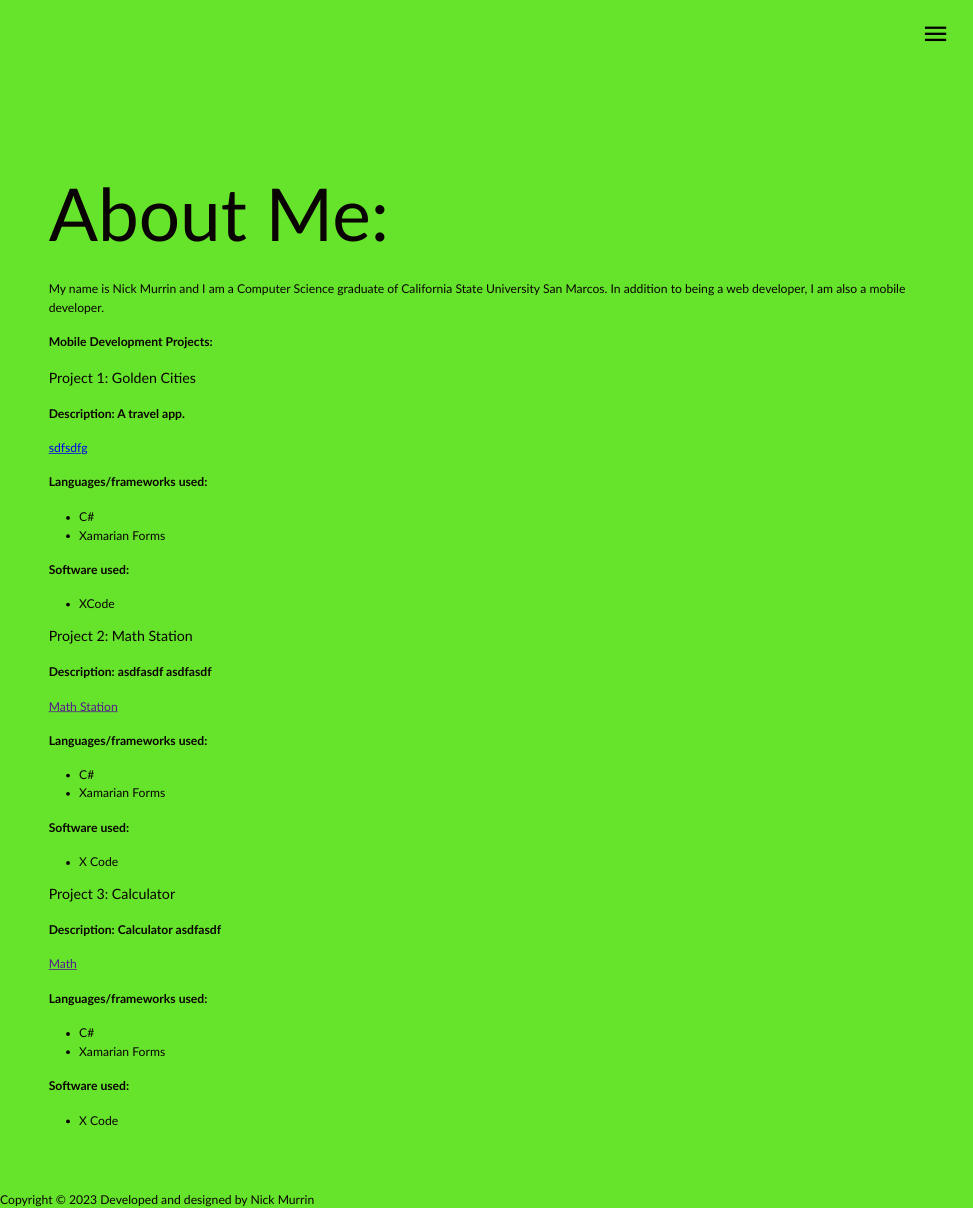
Repository: collegedude9300/modernport
Page: about.html
An editor plug-in stored every save of this project. The page is shown before and after the next save, followed by the edit.
The browser window is 1280 px wide. The pictures show the whole page, at 76% of full size.

Above is the page before, as saved 2023-06-25 21:11:03.

### about.html
<!DOCTYPE html>
<html lang="en">
<head>
  <meta charset="UTF-8">
  <meta name="viewport" content="width=device-width, initial-scale=1.0">
  <meta http-equiv="X-UA-Compatible" content="ie=edge">
  <link rel="stylesheet" href="css/main.css">
  <title>Portfolio</title>
</head>
<body>
<header>
<div class="menu-btn">
<div class="btn-line"></div>
<div class="btn-line"></div>
<div class="btn-line"></div>
</div>

<nav class="menu">
<div class="menu-branding">
<div class="portrait"></div>
</div>

<ul class="menu-nav">
<li class="nav-item">
<a href="index.html" class="nav-link">
Home
</a>
</li>

<li class="nav-item current">
<a href="about.html" class="nav-link">
About Me
</a>
</li>



<li class="nav-item">
<a href="contact.html" class="nav-link">
Contact Me
</a>
</li>
</ul>
</nav>
</header>
<main id="home">

<h1 class="lg-heading">
About Me:
</h1>
    <div class="about-info">
      <div class="bio">
        <p>My name is Nick Murrin and I am a Computer Science graduate of California State University San Marcos.
        In addition to being a web developer, I am also a mobile developer.
        </p>
        <h4>  Mobile Development Projects:</h4>
      </div>
      <div class="project1">
        <h3>Project 1: Golden Cities </h3>
        <h4>Description: A travel app.</h4>
        <a href="https://educationstation.vercel.app/ "/>sdfsdfg </a>
<h4> Languages/frameworks used: </h4>
<ul>
  <li>C#</li>
  <li> Xamarian Forms</li>
</ul>
<h4> Software used: </h4>
<ul>
<li> XCode  </li>
</ul>
      </div>
      <div class="project2">
        <h3>Project 2: Math Station</h3>
        <h4>Description:  asdfasdf asdfasdf </h4>
        <a href=""/> Math Station </a>
<h4> Languages/frameworks used: </h4>
<ul>
  <li>C#</li>
  <li>Xamarian Forms</li>
</ul>
<h4> Software used: </h4>
<ul>
<li> X Code  </li>
</ul>
      </div>
<div class="project3">
        <h3>Project 3: Calculator</h3>
        <h4>Description: Calculator asdfasdf</h4>
        <a href=""/> Math </a>
<h4> Languages/frameworks used: </h4>
<ul>
  <li>C#</li>
  <li>Xamarian Forms</li>
</ul>
<h4> Software used: </h4>
<ul>
<li> X Code  </li>
</ul>
      </div>
</div>
</div>
</main>
  <footer id="main-footer">
  Copyright &copy; 2023
  Developed and designed by Nick Murrin
  </footer>
<script src="js/main.js"> </script>
</body>
</html>

### css/main.css
.menu-btn {
  position: absolute;
  z-index: 3;
  right: 35px;
  top: 35px;
  cursor: pointer;
  transition: all 0.5s ease-out; }
  .menu-btn .btn-line {
    width: 28px;
    height: 3px;
    margin: 0 0 5px 0;
    background: #000;
    transition: all 0.5s ease-out; }
  .menu-btn.close {
    transform: rotate(180deg); }
    .menu-btn.close .btn-line:nth-child(1) {
      transform: rotate(45deg) translate(5px, 5px); }
    .menu-btn.close .btn-line:nth-child(2) {
      opacity: 0; }
    .menu-btn.close .btn-line:nth-child(3) {
      transform: rotate(-45deg) translate(7px, -6px); }

.menu {
  position: fixed;
  top: 0;
  width: 100%;
  opacity: 0.9;
  visibility: hidden; }
  .menu.show {
    visibility: visible; }
  .menu-branding, .menu-nav {
    display: flex;
    flex-flow: column wrap;
    align-items: center;
    justify-content: center;
    float: left;
    width: 50%;
    height: 100vh;
    overflow: hidden; }
  .menu-nav {
    margin: 0;
    padding: 0;
    background: #f6a205;
    list-style: none;
    transform: translate3d(0, -100%, 0);
    transition: all 0.5s ease-out; }
    .menu-nav.show {
      transform: translate3d(0, 0, 0); }
  .menu-branding {
    background: #faac1b;
    transform: translate3d(0, 100%, 0);
    transition: all 0.5s ease-out; }
    .menu-branding.show {
      transform: translate3d(0, 0, 0); }
    .menu-branding .portrait {
      width: 250px;
      height: 250px; }
  .menu .nav-item {
    transform: translate3d(600px, 0, 0);
    transition: all 0.5s ease-out; }
    .menu .nav-item.show {
      transform: translate3d(0, 0, 0); }
  .menu .nav-link {
    display: inline-block;
    position: relative;
    font-size: 30px;
    text-transform: uppercase;
    padding: 1rem 0;
    font-weight: 300;
    color: #000;
    text-decoration: none;
    transition: all 0.5s ease-out; }

.nav-item:nth-child(1) {
  transition-delay: 0.1s; }

.nav-item:nth-child(2) {
  transition-delay: 0.2s; }

.nav-item:nth-child(3) {
  transition-delay: 0.3s; }

.nav-item:nth-child(4) {
  transition-delay: 0.4s; }

@media screen and (min-width: 1171px) {
  .projects {
    grid-template-columns: repeat(4, 1fr); } }

@media screen and (min-width: 769px) and (max-width: 1170px) {
  .projects {
    grid-template-columns: repeat(3, 1fr); } }

@media screen and (max-width: 768px) {
  main {
    align-items: center;
    text-align: center; }
    main .lg-heading {
      line-height: 1;
      margin-bottom: 1rem; }
  ul.menu-nav,
  div.menu-branding {
    float: none;
    width: 100%;
    min-height: 0; }
    ul.menu-nav.show,
    div.menu-branding.show {
      transform: translate3d(0, 0, 0); }
  .menu-nav {
    height: 75vh;
    transform: translate3d(-100%, 0, 0);
    font-size: 24px; }
  .menu-branding {
    height: 25vh;
    transform: translate3d(100%, 0, 0); }
    .menu-branding .portrait {
      width: 150px;
      height: 150px; }
  .about-info {
    grid-template-areas: 'bioimage'
 'bio'
 'job1'
 'job2'
 'job3';
    grid-template-columns: 1fr; }
  .projects {
    grid-template-columns: repeat(2, 1fr); } }

@media screen and (max-width: 500px) {
  main {
    padding: 2rem; }
    main #home h1 {
      margin-top: 10vh; }
    main .lg-heading {
      margin-top: 1rem;
      font-size: 5rem; }
  .projects {
    grid-template-columns: 1fr; } }

* {
  box-sizing: border-box; }

body {
  background: #66e42c;
  color: #0a0303;
  height: 100%;
  margin: 0;
  font-family: 'Trebuchet MS', 'Lucida Sans Unicode', 'Lucida Grande', 'Lucida Sans', Arial, sans-serif;
  line-height: 1.5; }

.transition1 {
  width: 150px;
  height: 150px;
  background: red;
  transition: width 3s; }

.transition2 {
  width: 150px;
  height: 150px;
  background: #12e7ee;
  transition: width 3s; }

.transition3 {
  width: 150px;
  height: 150px;
  background: #e7d918;
  transition: width 3s; }

.transition4 {
  width: 150px;
  height: 150px;
  background: rgba(238, 150, 18, 0.753);
  transition: width 3s; }

.myTitle {
  padding: 50px;
  margin: 20px;
  font-size: 30px;
  font-family: Cambria, Cochin, Georgia, Times, 'Times New Roman', serif;
  color: #1133ca; }

h1, h2, h3 {
  margin: 0;
  font-weight: 400; }

.lg-heading {
  font-size: 6rem; }

header {
  position: relative;
  z-index: 2; }

main {
  padding: 4rem;
  height: 100%; }
  main#home {
    overflow: hidden; }
  main h1 {
    margin-top: 20vh; }

### js/main.js
// Select DOM Items
const menuBtn = document.querySelector('.menu-btn');
const menu = document.querySelector('.menu');
const menuNav = document.querySelector('.menu-nav');
const menuBranding = document.querySelector('.menu-branding');
const navItems = document.querySelectorAll('.nav-item');

// Set Initial State Of Menu
let showMenu = false;

menuBtn.addEventListener('click', toggleMenu);

function toggleMenu() {
  if (!showMenu) {
    menuBtn.classList.add('close');
    menu.classList.add('show');
    menuNav.classList.add('show');
    menuBranding.classList.add('show');
    navItems.forEach(item => item.classList.add('show'));

    // Set Menu State
    showMenu = true;
  } else {
    menuBtn.classList.remove('close');
    menu.classList.remove('show');
    menuNav.classList.remove('show');
    menuBranding.classList.remove('show');
    navItems.forEach(item => item.classList.remove('show'));

    // Set Menu State
    showMenu = false;
  }
}

After the next save:
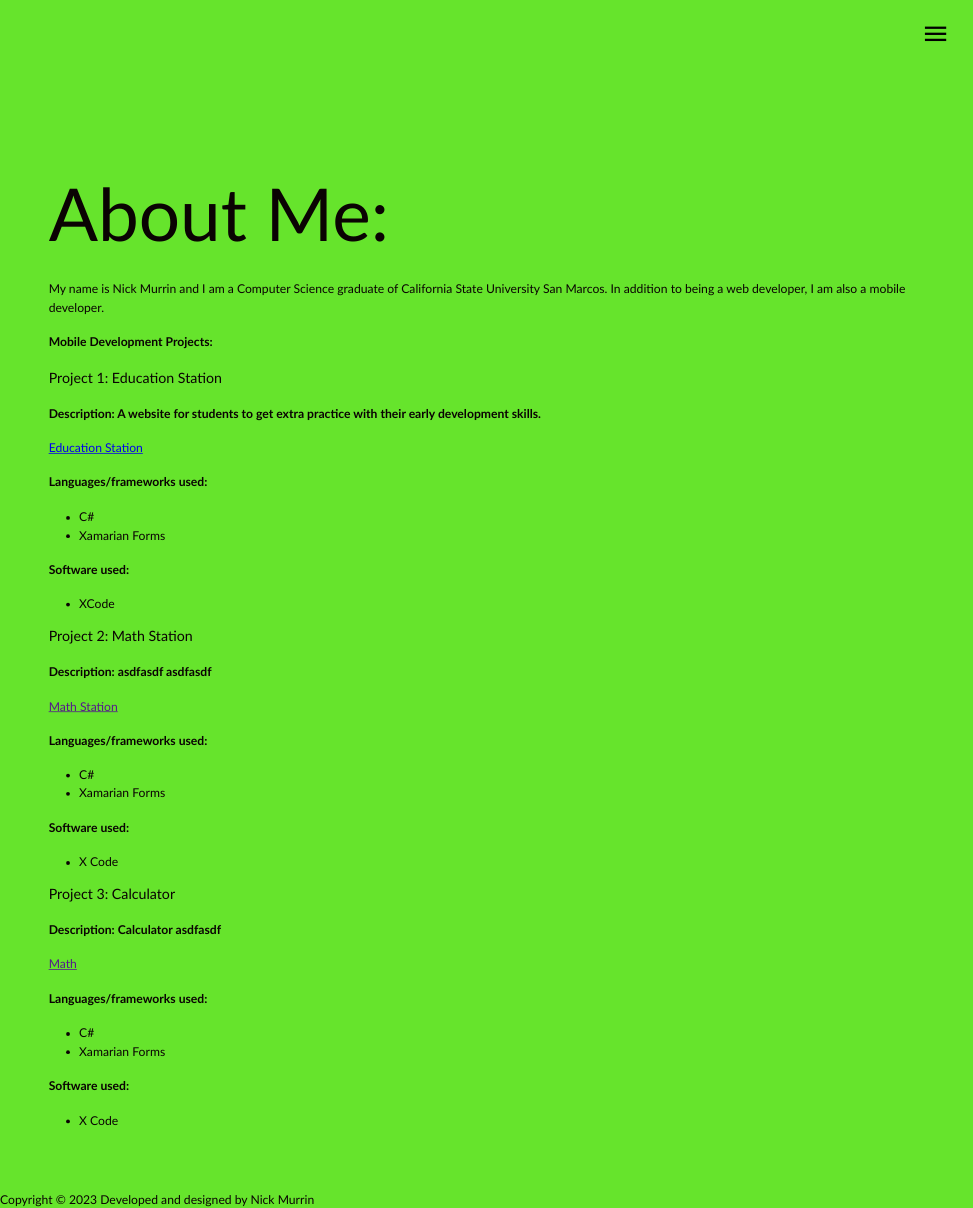
Saved 24 h 20 min later.
--- a/about.html
+++ b/about.html
@@ -56,9 +56,9 @@ About Me:
         <h4>  Mobile Development Projects:</h4>
       </div>
       <div class="project1">
-        <h3>Project 1: Golden Cities </h3>
-        <h4>Description: A travel app.</h4>
-        <a href="https://educationstation.vercel.app/ "/>sdfsdfg </a>
+        <h3>Project 1: Education Station </h3>
+        <h4>Description: A website for students to get extra practice with their early development skills.</h4>
+        <a href="https://educationstation.vercel.app/ "/>Education Station </a>
 <h4> Languages/frameworks used: </h4>
 <ul>
   <li>C#</li>
